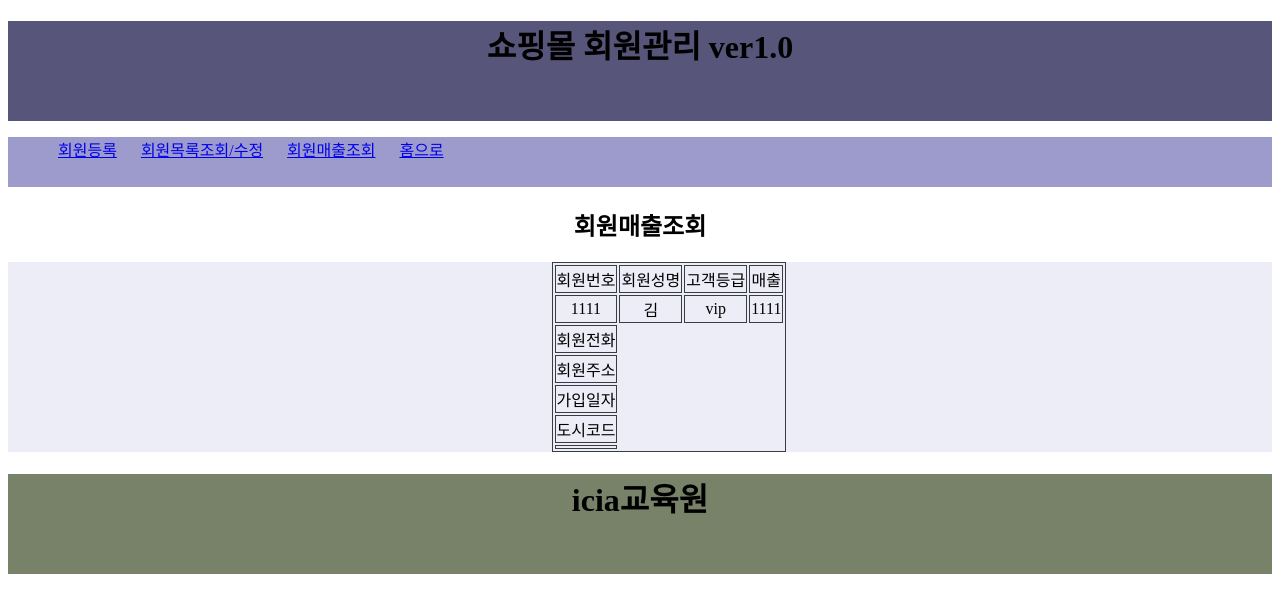
Repository: Kim-seongjun/javastudy2
Page: http://localhost/back_end_test/membersales
The author's editor kept a copy of each file at every save. The page is drawn from the files as they stood at one save, then again after the next save.
The browser window is 1280 px wide. The pictures show the whole page.
The page is served by Tomcat 9.

Above is the page before, as saved 2020-01-22 06:06:13.

After the next save:
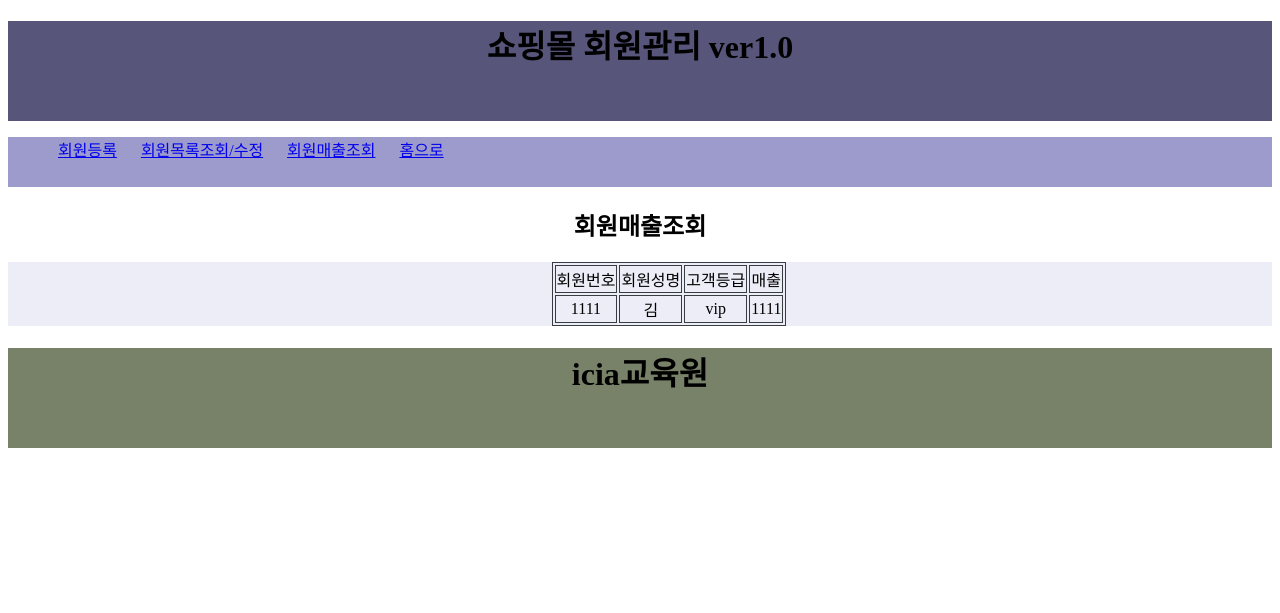
Saved 2 min 0 s later.
--- a/back_end_test/WebContent/membersales.jsp
+++ b/back_end_test/WebContent/membersales.jsp
@@ -67,21 +67,6 @@ tr td {
 						<td>vip</td>
 						<td>1111</td>
 					</tr>
-					<tr>
-						<td>회원전화</td>
-					</tr>
-					<tr>
-						<td>회원주소</td>
-					</tr>
-					<tr>
-						<td>가입일자</td>
-					</tr>
-					<tr>
-						<td>도시코드</td>
-					</tr>
-					<tr>
-						<td ></td>
-					</tr>
 				</table>
 			</form>
 		</div>
